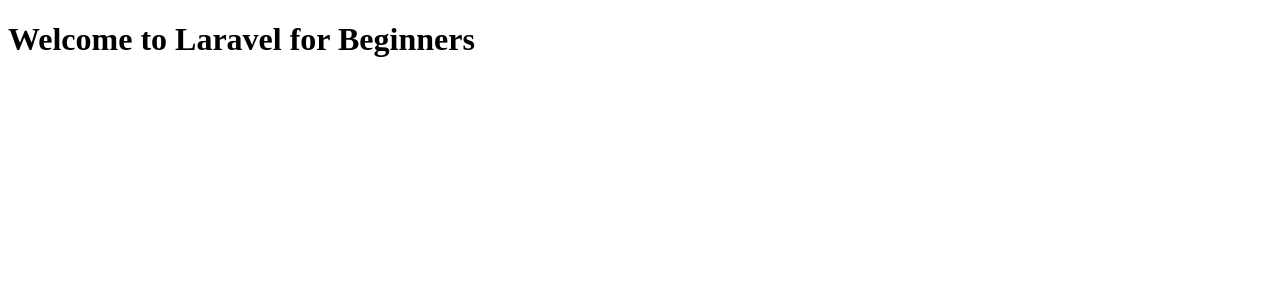
Repository: MaciejNikonowicz/laravel-blog-pkproject
Page: http://localhost/
These files come from the project's save history. The page is drawn as it stood at one moment and after the next save; the edit follows.
The browser window is 1280 px wide. The pictures show the whole page.
The page is served by the project's Laravel application, run on PHP 8.4 with Laravel 8. Other server files are loaded and not shown.

Above is the page before, as saved 2020-07-16 10:47:32.

### routes/web.php
<?php

use Illuminate\Support\Facades\Route;

/*
|--------------------------------------------------------------------------
| Web Routes
|--------------------------------------------------------------------------
|
| Here is where you can register web routes for your application. These
| routes are loaded by the RouteServiceProvider within a group which
| contains the "web" middleware group. Now create something great!
|
*/

// Route::get('/', function () {
//     return view('welcome');
// });

Route::get('/', 'PagesController@index');

Route::get('/hello', function () {
    return '<h1>Hello World!</h1>';
});

Route::get('/about', function () {
    return view('pages.about');
});

Route::get('/users/{id}', function ($id) {
    return 'This is a user ' . $id;
});

### app/Http/Controllers/PagesController.php
<?php

namespace App\Http\Controllers;

use Illuminate\Http\Request;

class PagesController extends Controller
{
    public function index() {
        return view('pages.index');
    }
}

### resources/views/pages/index.blade.php
<!DOCTYPE html>
<html lang="{{ str_replace('_', '-', app()->getLocale()) }}">
    <head>
        <meta charset="utf-8">
        <meta name="viewport" content="width=device-width, initial-scale=1">

        <title>Laravel</title>

    </head>
    <body>
      <h1>Welcome to Laravel for Beginners</h1>
    </body>
</html>

Loaded but not shown: app/Providers/AppServiceProvider.php (common file); app/Http/Controllers/Controller.php (common file)

After the next save:
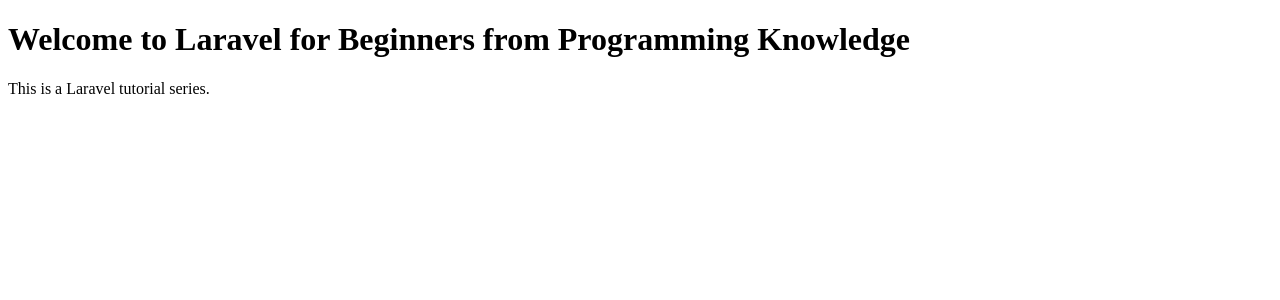
Saved 28 s later.
--- a/resources/views/pages/index.blade.php
+++ b/resources/views/pages/index.blade.php
@@ -8,6 +8,7 @@
 
     </head>
     <body>
-      <h1>Welcome to Laravel for Beginners</h1>
+      <h1>Welcome to Laravel for Beginners from Programming Knowledge</h1>
+      <p>This is a Laravel tutorial series.</p>
     </body>
 </html>
